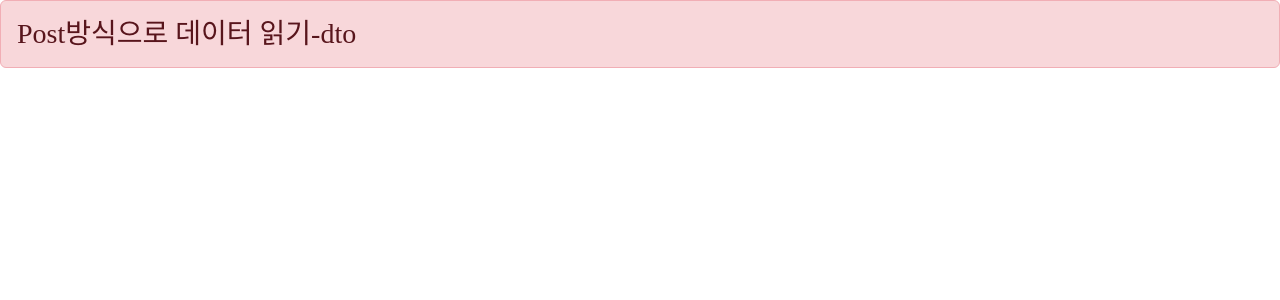
Repository: hyuck9409/newnaver0314
Page: http://localhost/SpringMvcEx2/form3
The author's editor kept a copy of each file at every save. The page is drawn from the files as they stood at one save, then again after the next save.
The browser window is 1280 px wide. The pictures show the whole page.
Some web fonts or font styles are not loaded; a fallback is used. The page is served by Tomcat 9. Other server files are loaded and not shown.

Above is the page before, as saved 2024-05-20 03:06:53.

### naver0314devops11/springwork/SpringMvcEx2/src/main/webapp/WEB-INF/form3/myform3.jsp
<%@ page language="java" contentType="text/html; charset=UTF-8"
   pageEncoding="UTF-8"%>
<%@taglib prefix="c" uri="http://java.sun.com/jsp/jstl/core"%>
<%@taglib prefix="fmt" uri="http://java.sun.com/jsp/jstl/fmt" %>
<!DOCTYPE html>
<html>
<head>
<meta charset="UTF-8">
<title>Insert title here</title>
<link href="https://cdn.jsdelivr.net/npm/bootstrap@5.3.3/dist/css/bootstrap.min.css" rel="stylesheet">
<script src="https://cdn.jsdelivr.net/npm/bootstrap@5.3.3/dist/js/bootstrap.bundle.min.js"></script>
<link rel="stylesheet" href="https://cdn.jsdelivr.net/npm/bootstrap-icons@1.8.0/font/bootstrap-icons.css">
<link href="https://fonts.googleapis.com/css2?family=Caveat:wght@400..700&family=Dancing+Script:wght@400..700&family=East+Sea+Dokdo&family=Jua&family=Gaegu&family=Gamja+Flower&family=Pacifico&family=Single+Day&display=swap" rel="stylesheet">
   <script src="https://code.jquery.com/jquery-3.7.0.js"></script>
   <style>
       body *{
           font-family: 'Jua';
       }
   </style>
</head>
<body>
<h3 class="alert alert-danger">Post방식으로 데이터 읽기-dto</h3>
</body>
</html>

After the next save:
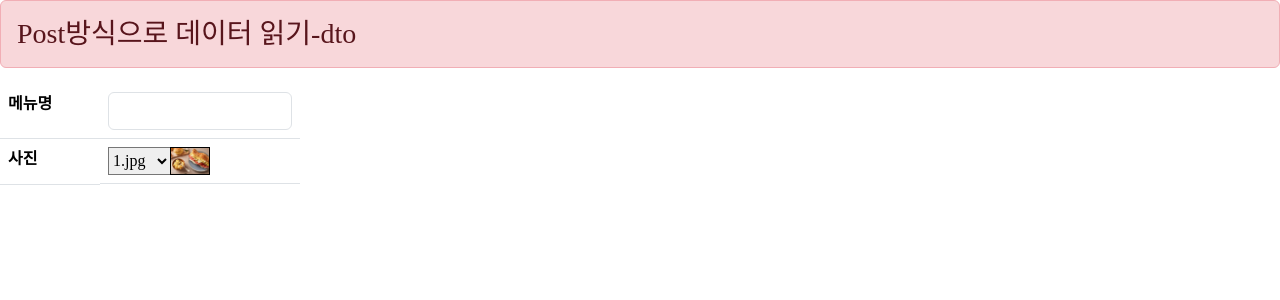
Saved 9 min 19 s later.
--- a/naver0314devops11/springwork/SpringMvcEx2/src/main/webapp/WEB-INF/form3/myform3.jsp
+++ b/naver0314devops11/springwork/SpringMvcEx2/src/main/webapp/WEB-INF/form3/myform3.jsp
@@ -20,5 +20,32 @@
 </head>
 <body>
 <h3 class="alert alert-danger">Post방식으로 데이터 읽기-dto</h3>
+<form action="./read3" method="post">
+<table class="table" style="width:300px;">
+<tr>
+<th width="100">메뉴명</th>
+<td>
+<input type="text" name="foodname" class="form-control">
+</td>
+</tr>
+
+<tr>
+<th width="100">사진</th>
+<td class="input-group">
+<select name="foodphoto">
+<c:forEach var="s" begin="1" end="12">
+<option>${s }.jpg</option>
+</c:forEach>
+</select>
+<img src="./image/1.jpg" width="40" border="1" id="foodphoto">
+<script type="text/javascript">
+$("#fphoto").change(function(){
+	$("#foodphoto").attr("src","./image/"+$(this).val());
+});
+</script>
+</td>
+</tr>
+</table>
+</form>
 </body>
 </html>
